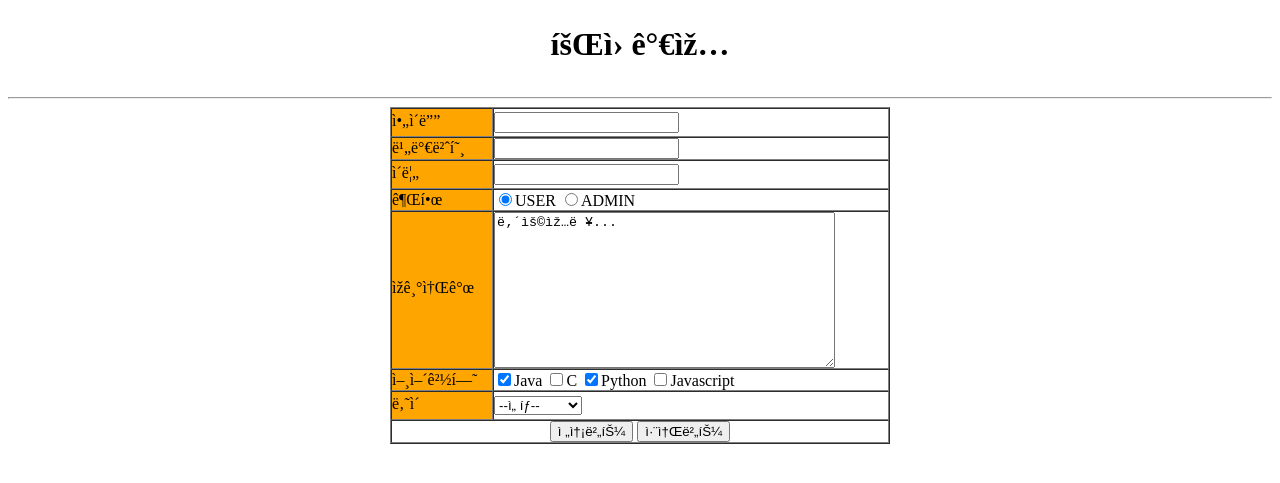
Repository: serim53/JSPStudy
Page: http://localhost/BoardWeb_JSP_/insertUser.jsp
An editor plug-in stored every save of this project. The page is shown before and after the next save, followed by the edit.
The browser window is 1280 px wide. The pictures show the whole page.
The page is served by Tomcat 10. Other server files are loaded and not shown.

Above is the page before, as saved 2025-07-10 02:42:15.

### BoardWeb(JSP)/src/main/webapp/insertUser.jsp
<!DOCTYPE html PUBLIC "-//W3C//DTD HTML 4.01 Transitional//EN" "http://www.w3.org/TR/html4/loose.dtd">
<html>
<head>
<meta http-equiv="Content-Type" content="text/html; charset=UTF-8">
<title>회원가입</title>
</head>
<body>
<center>
<h1>회원 가입</h1>
<hr>
<form action="insertUser.do" method="get">

<table border="1" cellpadding="0" cellspacing="0" width="500">
	<tr>
		<td bgcolor="orange" width="100">아이디</td>
		<td><input name="id" type="text"/></td>
	</tr>
	<tr>
		<td bgcolor="orange">비밀번호</td>
		<td><input name="password" type="password"/></td>
	</tr>
	<tr>
		<td bgcolor="orange">이름</td>
		<td><input name="name" type="text"/></td>
	</tr>
	<tr>
		<td bgcolor="orange">권한</td>
		<td>
			<input name="role" value="USER" type="radio" checked/>USER
      		<input name="role" value="ADMIN" type="radio"/>ADMIN<br>
    	</td>
	</tr>
	<tr>
		<td bgcolor="orange">자기소개</td>
		<td><textarea name="selfInfo" rows="10" cols="40">내용입력...</textarea></td>
	</tr>
	<tr>
		<td bgcolor="orange">언어경험</td>
		<td>
			<input name="languages" value="Java" type="checkbox" checked/>Java
		    <input name="languages" value="C" type="checkbox"/>C
		    <input name="languages" value="Python" type="checkbox" checked/>Python
		    <input name="languages" value="Javascript" type="checkbox"/>Javascript
		</td>
	</tr>
	<tr>
		<td bgcolor="orange">나이</td>
		<td>
			<select name="age">
				<option>--선택--
				<option>10대
				<option>20대
				<option>30대
				<option>40대
				<option>50대
				<option>60대 이상
		  </select>
		</td>
	</tr>
	<tr>
		<td colspan="2" align="center">
			<input type="submit" value="전송버튼"/>
			<input type="reset" value="취소버튼"/>
		</td>
	</tr>
</table>
<!-- 아이디 : <input type="text" size="20"/><br>
비밀번호 : <input type="password" size="20"/><br>
이름 : <input type="text"/><br>
권한 : <input name="role" type="radio" checked/>USER
      <input name="role" type="radio"/>ADMIN<br>
자기소개 : <textarea rows="10" cols="40">내용입력...</textarea><br>
언어 경험 : <input type="checkbox" checked/>Java
		  <input type="checkbox"/>C
		  <input type="checkbox" checked/>Python
		  <input type="checkbox"/>Javascript<br>
나이 : <select>
		<option>--선택--
		<option>10대
		<option>20대
		<option>30대
		<option>40대
		<option>50대
		<option>60대 이상
	  </select><br>
<input type="submit" value="전송버튼"/>
<input type="reset" value="취소버튼"/> -->
</form>
</center>
</body>
</html>

After the next save:
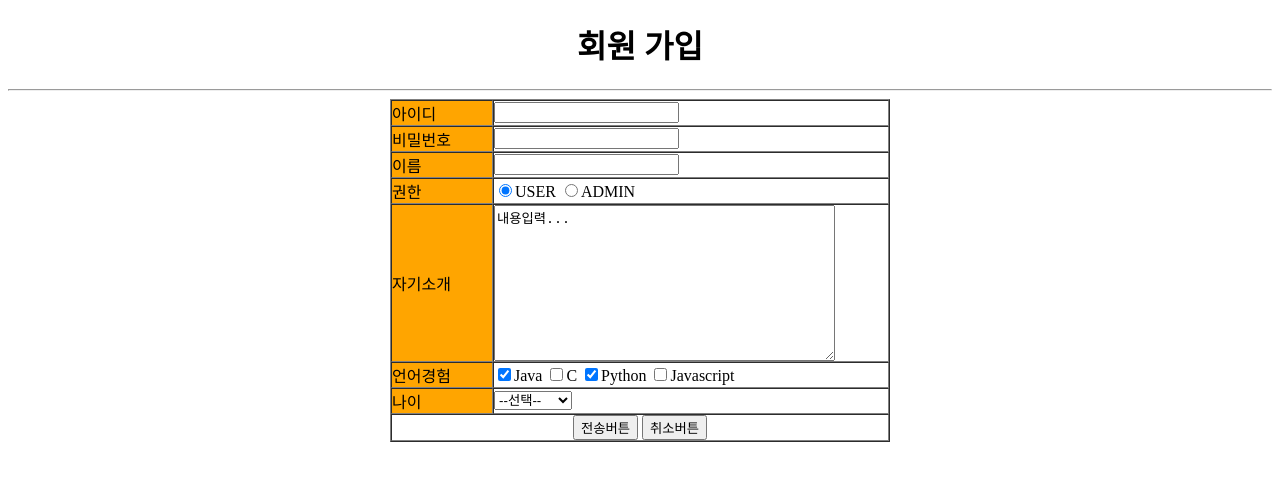
Saved 22 min 4 s later.
--- a/BoardWeb(JSP)/src/main/webapp/insertUser.jsp
+++ b/BoardWeb(JSP)/src/main/webapp/insertUser.jsp
@@ -1,3 +1,5 @@
+<%@page contentType="text/html; charset=UTF-8"%>
+
 <!DOCTYPE html PUBLIC "-//W3C//DTD HTML 4.01 Transitional//EN" "http://www.w3.org/TR/html4/loose.dtd">
 <html>
 <head>
